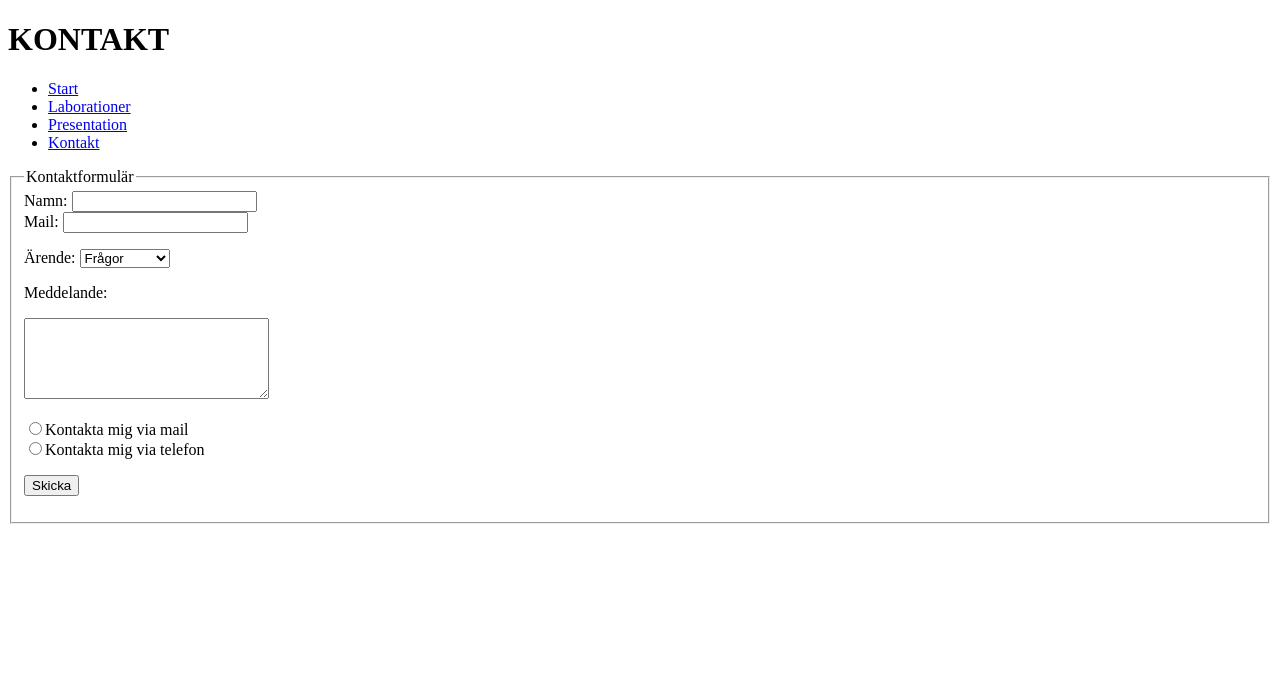
Repository: ml223nw/1ik415-laborationer
Page: pages/kontakt.html
The author's editor kept a record of every edit. The page is drawn from the files as they stood at one moment, then again after the next edit.
The browser window is 1280 px wide. The pictures show the whole page.

Above is the page before.

After the next edit:
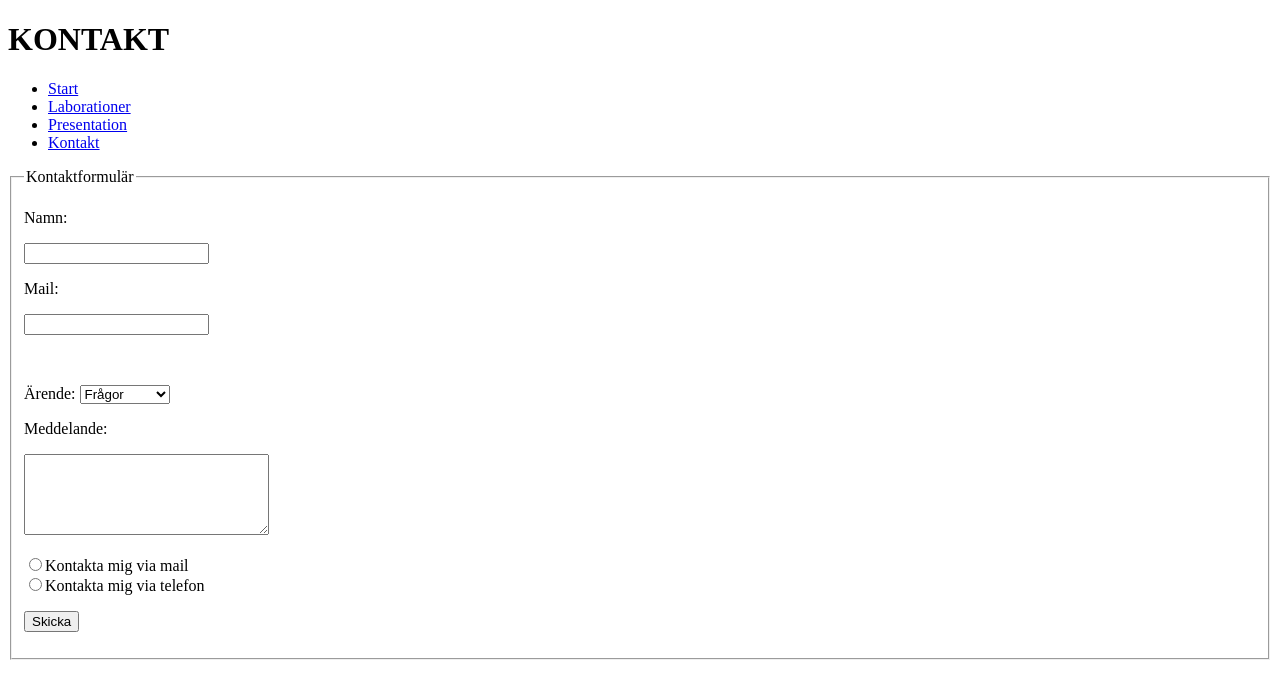
The edit:
--- a/pages/kontakt.html
+++ b/pages/kontakt.html
@@ -18,9 +18,9 @@
 
     <form action=" http://voyager.lnu.se/tekinet/kurser/dtt/wp_webbintro/form.php" method="post">
     <fieldset>
-    <legend>Kontaktformulär</legend>
-    Namn: <input type="text" name="name"><br>
-    Mail: <input type="text" name="mail"><br>
+    <legend>Kontaktformulär</legend><br>
+    Namn: <p><input type="text" name="name"></p>
+    Mail: <p><input type="text" name="mail"></p><br>
     <p>Ärende: <select name="type"></p>
         <option value="question" selected>Frågor</option>
         <option value="feedback">Synpunkter</option>
